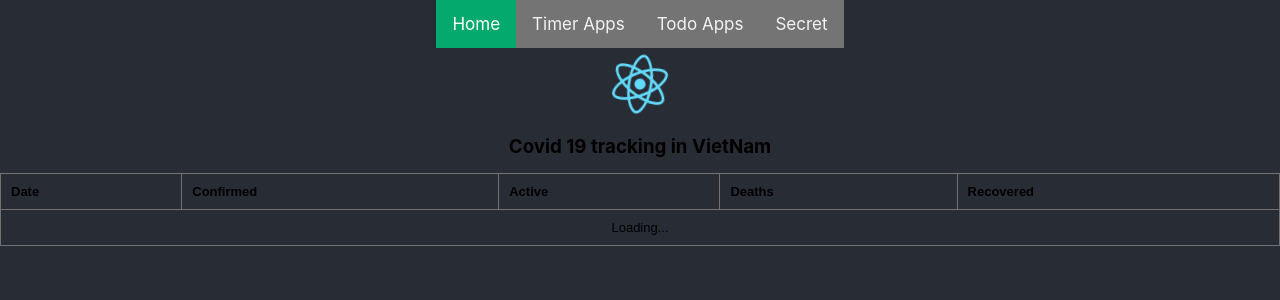
Repository: hoang0508/ReactJsHookBasic
Page: /home
These files come from the project's save history. The page is drawn as it stood at one moment and after the next save; the edit follows.
The browser window is 1280 px wide. The pictures show the whole page.
The page's requests for data from a server got no answer. The project was rebuilt for these pictures with package versions that can differ from the ones it lists, and the page was loaded fresh each time. No one was signed in, and anything a server would have sent is missing. Also part of the build but not shown: src/views/Todo.js, src/views/Countdown.js.

Above is the page before, as saved 2021-11-17 22:10:29.

### src/App.js
import logo from "./logo.svg";
import "./App.css";
import Nav from "./views/Nav";
import { useState, useEffect } from "react";
import Todo from "./views/Todo";
import Covid from "./views/covid";
import { Countdown, NewCountDown } from "./views/Countdown";
import { BrowserRouter as Router, Routes, Route, Link } from "react-router-dom";

// template + logic
// JSX
// babel
function App() {
  // state
  // let name = "Hoang";
  // useState (hook)
  let [name, setName] = useState("hoang");
  const [address, setAddress] = useState("");
  const [todos, setTodos] = useState([
    { id: "todo1", title: "My school EPU", type: "hoang" },
    { id: "todo2", title: "Doing homework", type: "huy" },
  ]);

  // didmount
  useEffect(() => {
    console.log("run use effect");
  }, [address]);

  useEffect(() => {
    console.log("run use effect todo");
  }, [todos]);

  const handleEventClick = (event) => {
    // setName(address); // setName re render
    // console.log("click me", name);
    // hook not merge state
    if (!address) {
      alert("empty input");
      return;
    }
    let newTodo = {
      id: Math.floor(Math.random() * 1000),
      title: address,
      type: "hoang",
    };
    setTodos([...todos, newTodo]); // spread
    setAddress("");
  };
  const handleOnchangeInput = (event) => {
    setAddress(event.target.value);
    // console.log(event.target.value);
  };
  const deleteDataTodo = (id) => {
    let currentTodos = todos;
    currentTodos = currentTodos.filter((item) => item.id !== id);
    setTodos(currentTodos);
  };

  const onTimesup = () => {
    alert("times up");
  };
  return (
    <>
      <Router>
        <div className="App">
          <header className="App-header">
            <Nav />
            <img src={logo} className="App-logo" alt="logo" />
          </header>
          <Routes>
            <Route path="/home" exact element={<Covid />} />
            <Route
              path="/timer"
              element={
                <>
                  <Countdown onTimesup={onTimesup} />
                  <span>===============</span>
                  <NewCountDown onTimesup={onTimesup} />
                </>
              }
            />
            <Route
              path="/todo"
              exact
              element={
                <>
                  <Todo
                    todos={todos}
                    title={"All todos"}
                    deleteDataTodo={deleteDataTodo}
                  />
                  <input
                    type="text"
                    value={address}
                    onChange={(event) => handleOnchangeInput(event)}
                  />
                  <button
                    type="button"
                    onClick={(event) => handleEventClick(event)}
                  >
                    Click me
                  </button>
                </>
              }
            />
          </Routes>
        </div>
      </Router>
    </>
  );
}

export default App;

### src/App.css
.App {
  text-align: center;
  background-color: #282c34;
  min-height: 100vh;
  color: "#fff";
}

.App-logo {
  height: 10vmin;
  pointer-events: none;
}

@media (prefers-reduced-motion: no-preference) {
  .App-logo {
    animation: App-logo-spin infinite 20s linear;
  }
}

.App-header {
  background-color: #282c34;
  display: flex;
  flex-direction: column;
  align-items: center;
  /* justify-content: center; */
  font-size: calc(10px + 2vmin);
  color: white;
}

.App-link {
  color: #61dafb;
}

@keyframes App-logo-spin {
  from {
    transform: rotate(0deg);
  }
  to {
    transform: rotate(360deg);
  }
}

table {
  font-family: arial, sans-serif;
  border-collapse: collapse;
  width: 100%;
  font-size: 13px;
}

td,
th {
  border: 1px solid #747171;
  text-align: left;
  padding: 10px;
}

tr:nth-child(even) {
  background-color: #545454;
}

h3 {
  margin: 0 !important;
  padding: 15px 0;
}

### src/views/Nav.js
import "./Nav.scss";
const Nav = () => {
  return (
    <div className="topnav">
      <a className="active" href="/home">
        Home
      </a>
      <a href="/timer">Timer Apps</a>
      <a href="/todo">Todo Apps</a>
      <a href="/secret">Secret</a>
    </div>
  );
};

export default Nav;

### src/views/covid.js
import moment from "moment";
import { useEffect, useState } from "react";
import useFetch from "../customize/fetch";
const Covid = () => {
  const today = new Date(new Date().setHours(0, 0, 0, 0));
  const priorDate = moment().subtract(31, "days");
  const {
    data: dataCovid,
    isloading,
    isError,
  } = useFetch(
    `https://api.covid19api.com/country/vietnam?from=${priorDate.toISOString()}&to=${today.toISOString()}`
  );
  return (
    <>
      <h3>Covid 19 tracking in VietNam</h3>
      <table>
        <thead>
          <tr>
            <th>Date</th>
            <th>Confirmed</th>
            <th>Active</th>
            <th>Deaths</th>
            <th>Recovered</th>
          </tr>
        </thead>
        <tbody>
          {isError === false &&
            isloading === false &&
            dataCovid &&
            dataCovid.length > 0 &&
            dataCovid.map((item) => {
              return (
                <tr key={item.ID}>
                  <td>{item.Date}</td>
                  <td>{item.Confirmed}</td>
                  <td>{item.Active}</td>
                  <td>{item.Deaths}</td>
                  <td>{item.Recovered}</td>
                </tr>
              );
            })}

          {isloading === true && (
            <tr>
              <td colSpan="5" style={{ textAlign: "center" }}>
                Loading...
              </td>
            </tr>
          )}

          {isError === true && (
            <tr>
              <td colSpan="5" style={{ textAlign: "center" }}>
                Something wrong ...
              </td>
            </tr>
          )}
        </tbody>
      </table>
    </>
  );
};

export default Covid;

### src/views/Nav.scss
.topnav {
  overflow: hidden;
  background-color: #747474;
  a {
    float: left;
    color: #f2f2f2;
    text-align: center;
    padding: 14px 16px;
    text-decoration: none;
    font-size: 17px;
  }
  a:hover {
    background-color: #ddd;
    color: black;
  }
  a.active {
    background-color: #04aa6d;
    color: white;
  }
}

### src/customize/fetch.js
import { useEffect, useState } from "react";
import axios from "axios";
import moment from "moment";
const useFetch = (url) => {
  const [data, setData] = useState([]);
  const [isloading, setIsLoading] = useState(true);
  const [isError, setIsError] = useState(false);
  // componentDidmount
  useEffect(() => {
    try {
      async function fetchData() {
        let reponse = await axios.get(url);
        let data = reponse && reponse.data ? reponse.data : [];
        if (data && data.length > 0) {
          data.map((item) => {
            item.Date = moment(item.Date).format("DD/MM/YYYY");
            return item;
          });
          data = data.reverse();
        }
        setData(data);
        setIsLoading(false);
        setIsError(false);
      }
      fetchData();
    } catch (e) {
      setIsError(true);
      setIsLoading(false);
    }
  }, []);

  return {
    data,
    isloading,
    isError,
  };
};

export default useFetch;

Loaded but not shown: public/index.html (common file); src/index.js (common file); src/index.css (common file); src/reportWebVitals.js (common file)

After the next save:
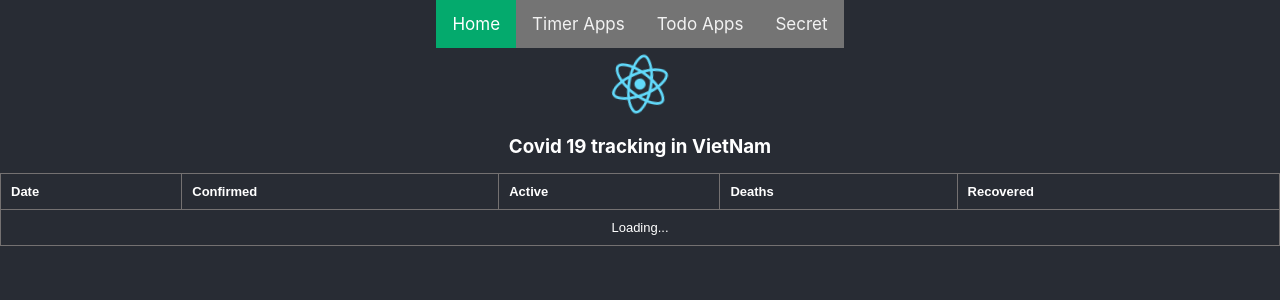
Saved 7 s later.
--- a/src/App.css
+++ b/src/App.css
@@ -2,7 +2,7 @@
   text-align: center;
   background-color: #282c34;
   min-height: 100vh;
-  color: "#fff";
+  color: #fff;
 }
 
 .App-logo {
